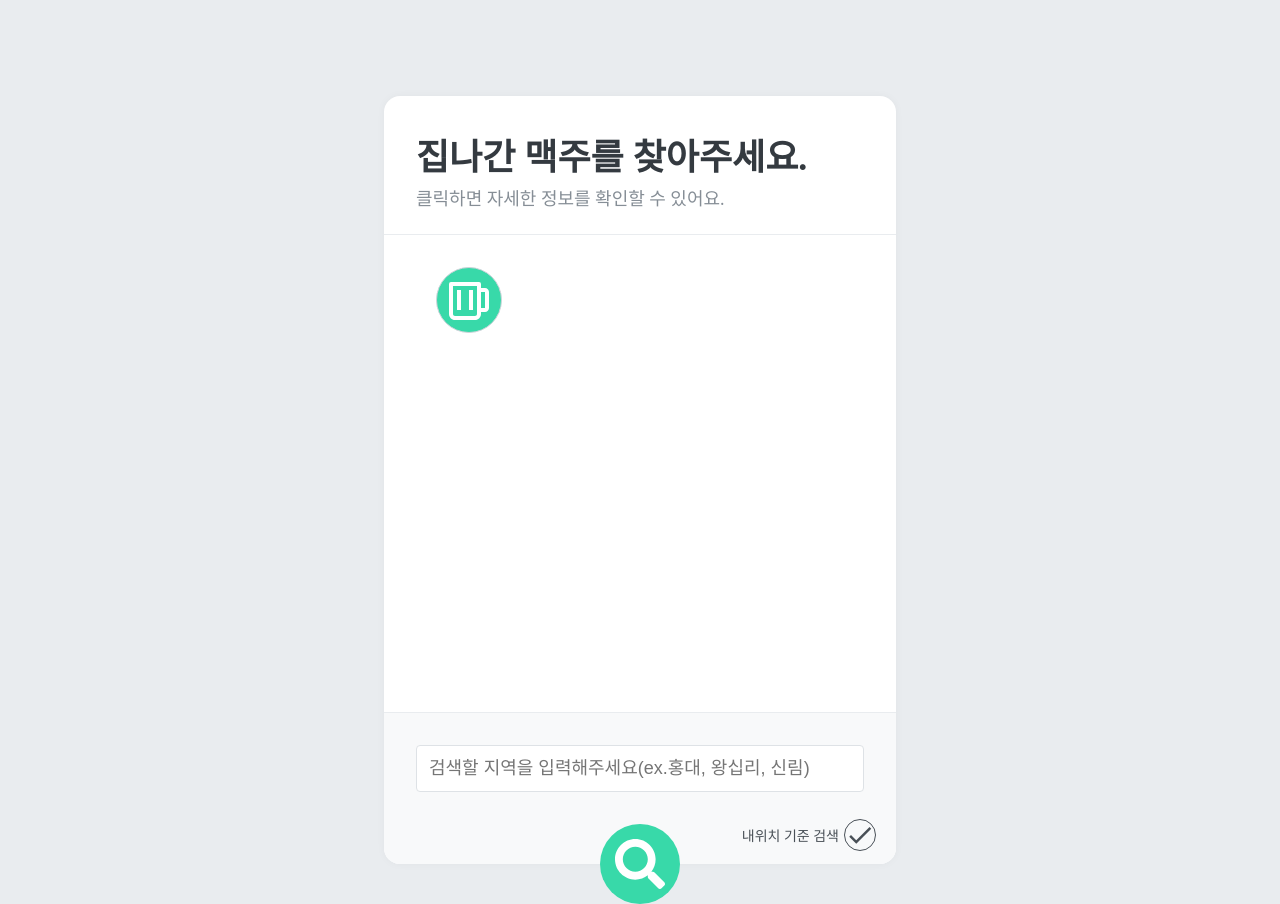
Repository: THE-SOPT-WEB/kimNamjun
Page: / (app in week4/bring-my-beer/)
An editor plug-in stored every save of this project. The page is shown before and after the next save, followed by the edit.
The browser window is 1280 px wide. The pictures show the whole page.
The project was rebuilt for these pictures with package versions that can differ from the ones it lists, and the page was loaded fresh each time. Also part of the build but not shown: week4/bring-my-beer/src/components/Item.jsx.

Above is the page before, as saved 2022-05-13 03:18:05.

### week4/bring-my-beer/public/index.html
<!DOCTYPE html>
<html lang="en">
  <head>
    <meta charset="utf-8" />
    <link rel="icon" href="%PUBLIC_URL%/favicon.ico" />
    <meta name="viewport" content="width=device-width, initial-scale=1" />
    <meta name="theme-color" content="#000000" />
    <meta
      name="description"
      content="Web site created using create-react-app"
    />
    <link rel="apple-touch-icon" href="%PUBLIC_URL%/logo192.png" />
    <!--
      manifest.json provides metadata used when your web app is installed on a
      user's mobile device or desktop. See https://developers.google.com/web/fundamentals/web-app-manifest/
    -->
    <link rel="manifest" href="%PUBLIC_URL%/manifest.json" />
    <!--
      Notice the use of %PUBLIC_URL% in the tags above.
      It will be replaced with the URL of the `public` folder during the build.
      Only files inside the `public` folder can be referenced from the HTML.

      Unlike "/favicon.ico" or "favicon.ico", "%PUBLIC_URL%/favicon.ico" will
      work correctly both with client-side routing and a non-root public URL.
      Learn how to configure a non-root public URL by running `npm run build`.
    -->
    <title>우리동네 맥주집</title>
  </head>
  <body>
    <noscript>You need to enable JavaScript to run this app.</noscript>
    <div id="root"></div>
    <!--
      This HTML file is a template.
      If you open it directly in the browser, you will see an empty page.

      You can add webfonts, meta tags, or analytics to this file.
      The build step will place the bundled scripts into the <body> tag.

      To begin the development, run `npm start` or `yarn start`.
      To create a production bundle, use `npm run build` or `yarn build`.
    -->
  </body>
</html>

### week4/bring-my-beer/src/App.js
import React from 'react';
import { createGlobalStyle } from 'styled-components';
import Template from './components/Template';
import Header from './components/Header';
import List from './components/List';
import Search from './components/Search';
import SkeletonItem from './components/SkeletonItem';


const GlobalStyle = createGlobalStyle`
  body {
    background: #e9ecef;
  }
`;

function App() {
  return (
    <>
      <GlobalStyle />
      <Template>
        <Header />
        <List />
        <Search />
      </Template>
    </>
  );
}

export default App;

### week4/bring-my-beer/src/components/Template.jsx
import React from 'react';
import styled from 'styled-components';

const TemplateBlock = styled.div`
  width: 512px;
  height: 768px;

  position: relative;
  background: white;
  border-radius: 16px;
  box-shadow: 0 0 8px 0 rgba(0, 0, 0, 0.04);

  margin: 0 auto;

  margin-top: 96px;
  margin-bottom: 32px;
  display: flex;
  flex-direction: column;
`;

function Template({ children }) {
  return <TemplateBlock>{children}</TemplateBlock>;
}

export default Template;

### week4/bring-my-beer/src/components/Header.jsx
import React from 'react';
import styled from 'styled-components';

const HeaderBlock = styled.div`
  padding: 32px 32px 24px 32px;
  border-bottom: 1px solid #e9ecef;
  h1 {
    margin: 0;
    font-size: 36px;
    color: #343a40;
  }
  .tip {
    margin-top: 4px;
    color: #868e96;
    font-size: 18px;
  }
`;

function Header() {
  return (
    <HeaderBlock>
      <h1>집나간 맥주를 찾아주세요. </h1>
      <div className="tip">클릭하면 자세한 정보를 확인할 수 있어요.</div>
    </HeaderBlock>
  );
}

export default Header;

### week4/bring-my-beer/src/components/List.jsx
import React from 'react';
import axios from "axios";
import Skeleton, { SkeletonTheme } from 'react-loading-skeleton'
import styled from 'styled-components';
import Item from './Item';
import SkeletonItem from './SkeletonItem';

const ListBlock = styled.div`
  flex: 1;
  padding: 20px 32px;
  padding-bottom: 48px;
  overflow-y: auto;
`;

function List() {
  return (
    <ListBlock>
      <SkeletonItem/>
    </ListBlock>
  );
}

export default List;

### week4/bring-my-beer/src/components/Search.jsx
import React, {useState} from 'react';
import styled, {css} from 'styled-components';
import { FaSearch } from 'react-icons/fa';
import { MdDone } from 'react-icons/md';

const CircleButton = styled.button`
  background: #38d9a9;
  &:hover {
    background: #63e6be;
  }
  &:active {
    background: #20c997;
  }

  cursor: pointer;
  width: 80px;
  height: 80px;
  display: block;
  align-items: center;
  justify-content: center;
  font-size: 50px;
  position: absolute;
  left: 50%;
  bottom: 0px;
  transform: translate(-50%, 50%);
  color: white;
  border-radius: 50%;
  border: none;
  outline: none;
  display: flex;
  align-items: center;
  justify-content: center;
  transition: 0.125s all ease-in;

`;

const InsertFormPositioner = styled.div`
  width: 100%;
  bottom: 0;
  left: 0;
  position: absolute;
`;

const InsertForm = styled.form`
  background: #f8f9fa;
  padding: 32px 32px 72px 32px;
  border-bottom-left-radius: 16px;
  border-bottom-right-radius: 16px;
  border-top: 1px solid #e9ecef;
`;

const Input = styled.input`
  padding: 12px;
  border-radius: 4px;
  border: 1px solid #dee2e6;
  width: 100%;
  outline: none;
  font-size: 18px;
  box-sizing: border-box;
`;

const CheckBox = styled.div`
  font-size: 14px;
  position: absolute;
  right: 20px;
  bottom: 5px;
  display: flex;
  align-items: center;
  justify-content: center;
  transition: 0.125s all ease-in;
  color: #495057;
`

const SmallCheckButton = styled.div`
  &:hover {
    border: 1px solid #38d9a9;
    color:#38d9a9;
  }
  &:active {
    border: 1px solid #20c997;;
    color:#20c997;;
  }

  cursor: pointer;
  width: 30px;
  height: 30px;
  font-size: 50px;
  color: #495057;
  border: 1px solid #495057;
  border-radius: 50%;
  margin-left: 5px;
  display: flex;
  align-items: center;
  justify-content: center;

  transition: 0.125s all ease-in;
  ${props =>
    props.checked &&
    css`
      border: 1px solid #38d9a9;
      color:#38d9a9;
    `}
`

function Search() {

  const [checked, setChecked] = useState(false);

  const onToggle = () => setChecked(!checked);

  return (
    <>
        <InsertFormPositioner>
          <InsertForm>
            <Input autoFocus placeholder="검색할 지역을 입력해주세요(ex.홍대, 왕십리, 신림)" disabled={checked ? true : false } />
          </InsertForm>
        </InsertFormPositioner>
      <CircleButton>
        <FaSearch/>
      </CircleButton>
      <CheckBox>
        <p> 내위치 기준 검색</p>
        <SmallCheckButton onClick={onToggle} checked={ checked ? true : false }>
          <MdDone/>
        </SmallCheckButton>
      </CheckBox>

    </>
  );
}

export default Search;

### week4/bring-my-beer/src/components/SkeletonItem.jsx
import React from 'react';
import styled  from 'styled-components';
import { BiBeer } from 'react-icons/bi';

const ItemBlock = styled.div`
  display: flex;
  align-items: center;
  padding: 12px 20px;
  border-radius:10px;
`;

const Icon = styled.div`
  width: 64px;
  height: 64px;
  border-radius: 50px;
  border: 1px solid #ced4da;
  font-size: 48px;
  display: flex;
  align-items: center;
  justify-content: center;
  margin-right: 20px;
  cursor: pointer;
  background-color: #38d9a9;
  color: #fff;
`;

const Title = styled.div`
  flex: 1;
  font-size: 19px;
  color: #495057;
`;

const Adress = styled.div`
  font-size: 15px;
  color: #94979b;
`

const  Contact = styled.div`
  font-size: 15px;
  color: #94979b;
`

function SkeletonItem({ title,adress,contact }) {
  return (
    <ItemBlock>
      <Icon >
        <BiBeer />
      </Icon>
      <Title >{title}
        <Adress>{adress}</Adress>
      </Title>
      <Contact>{contact}</Contact>
    </ItemBlock>
  );
}

export default SkeletonItem;

Loaded but not shown: week4/bring-my-beer/src/index.js (common file)

After the next save:
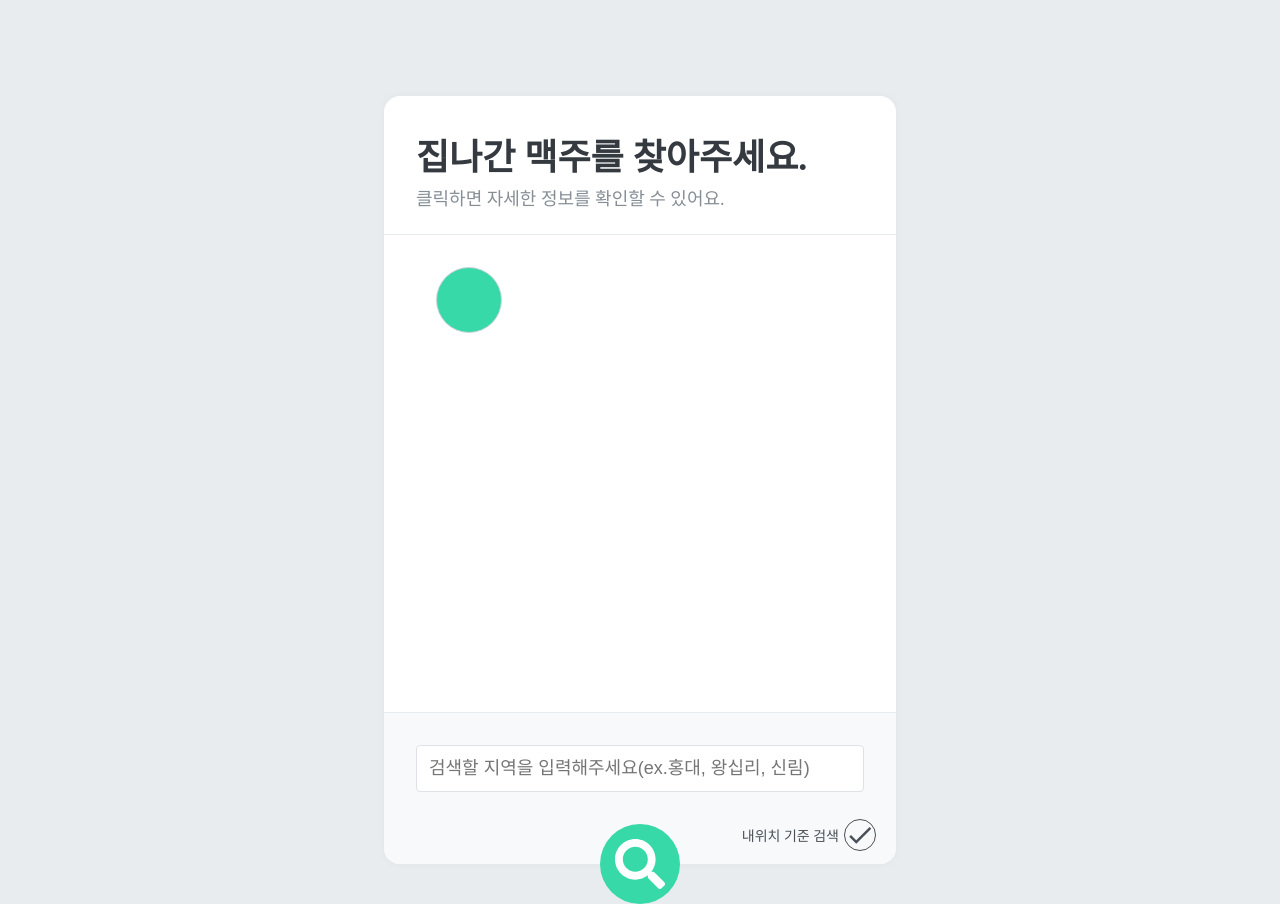
Saved 13 s later.
--- a/week4/bring-my-beer/src/components/SkeletonItem.jsx
+++ b/week4/bring-my-beer/src/components/SkeletonItem.jsx
@@ -44,7 +44,6 @@ function SkeletonItem({ title,adress,contact }) {
   return (
     <ItemBlock>
       <Icon >
-        <BiBeer />
       </Icon>
       <Title >{title}
         <Adress>{adress}</Adress>
